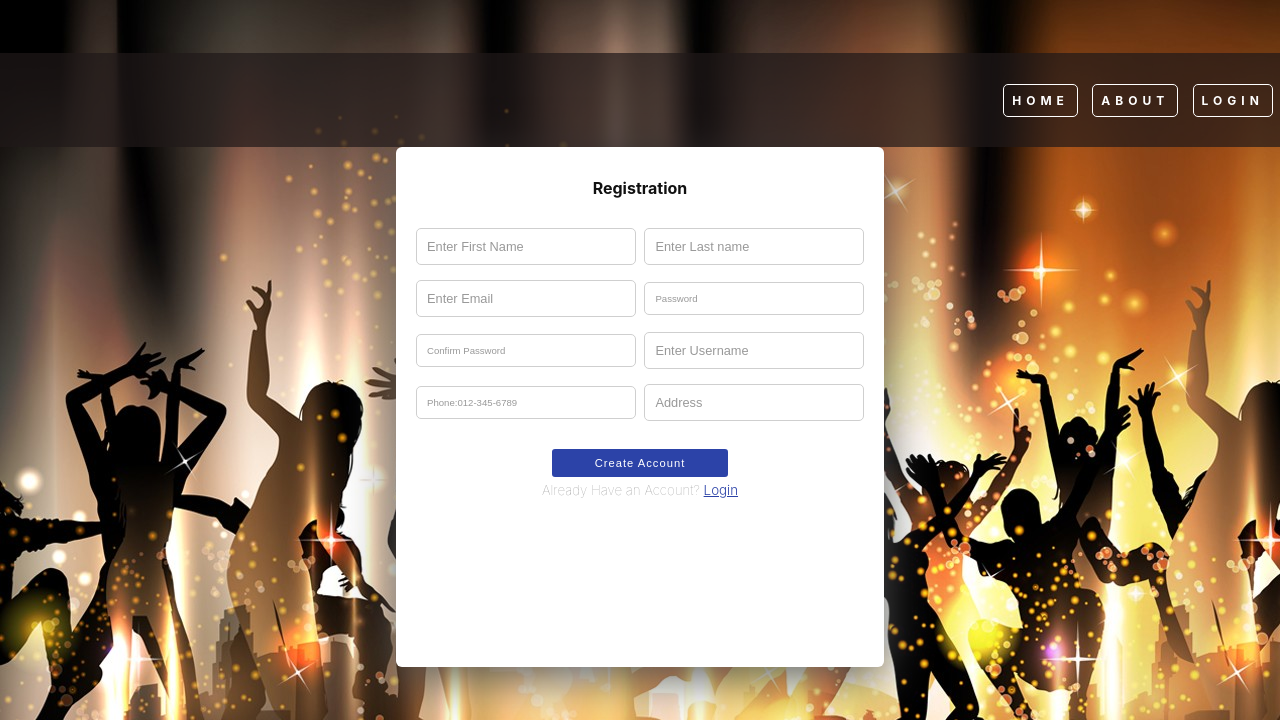
Repository: Fortune-Labs/Event-management-system-CapstoneG3
Page: /register (app in frontend/)
An editor plug-in stored every save of this project. The page is shown before and after the next save, followed by the edit.
The browser window is 1280 px wide. The pictures show the whole page.
The project was rebuilt for these pictures with package versions that can differ from the ones it lists, and the page was loaded fresh each time. Also part of the build but not shown: frontend/src/components/LoginSignup/errorMessages.js, frontend/src/components/LoginSignup/login.jsx, frontend/src/components/LoginSignup/verificationCode.jsx, frontend/src/components/LoginSignup/passwordReset.jsx, frontend/src/components/Home/home.jsx, frontend/src/components/Events/initial.jsx.

Above is the page before, as saved 2020-09-23 12:13:26.

### frontend/src/App.js
import React from "react";
// import "./App.css";
import Register from "./components/LoginSignup/register";
import Login from "./components/LoginSignup/login";
import PasswordReset from "./components/LoginSignup/passwordReset";
import { BrowserRouter, Switch, Route } from "react-router-dom";
import Home from "./components/Home/home";
import Initial from "./components/Events/initial";
// import user from "./components/Dashboard/user";

function App() {
  return (
    <div className="App">
      <BrowserRouter>
        <Switch>
          <Route exact path="/" name="Home" component={Home} />
          <Route exact path="/login" name="Login Page" component={Login} />
          <Route exact path="/passwordReset" component={PasswordReset} />
          <Route
            exact
            path="/register"
            name="Register Page"
            component={Register}
          />
          <Route exact path="/initial" component={Initial} />
        </Switch>
      </BrowserRouter>
    </div>
  );
}
export default App;

### frontend/src/components/LoginSignup/register.jsx
import React, { useRef, Component } from "react";
import { useForm } from "react-hook-form";
import "./style.css";
import ErrorMessage from "./errorMessages";
import { Link, useHistory } from "react-router-dom";

//Regular expression that holds email validation of form example@thismail.com
const emailRegex = RegExp(
  /^[a-zA-Z0-9.!#$%&’*+/=?^_`{|}~-]+@[a-zA-Z0-9-]+(?:\.[a-zA-Z0-9-]+)*$/
);
//Regular expression that holds phone number validation of form (000-000-0000)
const phoneRegex = RegExp(/^\(?([0-9]{3})\)?[-. ]?([0-9]{3})[-. ]?([0-9]{4})$/);

const UseFormFuction = () => {
  const { register, handleSubmit, watch, errors } = useForm();
  const password = useRef({});
  password.current = watch("password", "");
  const history = useHistory();

  const onSubmit = (formData) => {
    // e.preventDefault();
    console.log(formData);
    // alert(`SheThank you ${formData.name} for registration`);
    /* reset();
    console.log(formData); */

    let url = "http://127.0.0.1:8000/api/register/";
    fetch(url, {
      method: "POST",
      headers: {
        "Content-type": "application/json",
      },
      body: JSON.stringify(formData),
    })
      .then((response) => response.json())
      .then((data) => {
        console.log("Registered Sucessfully", data);
        history.push("/initial");
      })
      .catch((error) => {
        console.error("Error:", error);
      });
  };

  return (
    <div className="wrapper">
      <div className="header-bar">
        {/*   <div className="logo">
            <a>
              <img src="../Images/eventlogo.jpg" alt="#" />
              CapstoneG3
            </a>
          </div> */}
        <Link to="/">Home</Link>
        <Link to="about">About</Link>
        <Link to="Login">Login</Link>
      </div>
      <div className="form-wrapper">
        <form onSubmit={handleSubmit(onSubmit)} className="register-form">
          <h1 className="register-header">Registration</h1>
          <div className="firstName">
            <input
              type="text"
              name="first_name"
              ref={register({ required: true, minLength: 3 })}
              placeholder="Enter First Name"
            />
            <ErrorMessage error={errors.firstName} />
          </div>
          <div className="lastName">
            <input
              type="text"
              name="last_name"
              ref={register({ required: true, minLength: 3 })}
              placeholder="Enter Last name"
            />
            <ErrorMessage error={errors.lastName} />
          </div>
          <div className="email">
            <input
              type="text"
              name="email"
              ref={register({
                required: true,
                pattern: {
                  value: emailRegex,
                  message: "invalid email address",
                },
              })}
              placeholder="Enter Email"
            />
            <ErrorMessage error={errors.email} />
          </div>
          <div className="password">
            <input
              type="password"
              name="password"
              placeholder="Password"
              ref={register({ required: true, maxLength: 8 })}
            />
            <ErrorMessage error={errors.password} />
          </div>
          <div className="cpassword">
            <input
              type="password"
              name="confirm_password"
              ref={register({
                required: true,
                validate: (value) =>
                  value === password.current || "Passwords do not match.",
              })}
              placeholder="Confirm Password"
            />
            <ErrorMessage error={errors.confirm_password} />
          </div>
          <div className="username">
            <input
              type="text"
              name="username"
              ref={register({ required: true, minLength: 3 })}
              placeholder="Enter Username"
            />
            <ErrorMessage error={errors.username} />
          </div>

          <div className="phone">
            <input
              type="tel"
              name="phone"
              placeholder="Phone:012-345-6789"
              ref={register({
                required: true,
                pattern: {
                  value: phoneRegex,
                  message: "invalid phone",
                },
              })}
            />
            <ErrorMessage error={errors.phone} />
          </div>
          <div className="address">
            <input
              type="text"
              name="address"
              ref={register({ required: true, maxLength: 20 })}
              placeholder="Address"
            />
            <ErrorMessage error={errors.address} />
          </div>

          <div className="register action-counter">
            <button type="submit" className="btn1">
              Create Account
            </button>
            <small>
              Already Have an Account? <Link to="Login">Login</Link>
            </small>
          </div>
        </form>
      </div>
    </div>
  );
};
//Components register
class Register extends Component {
  render() {
    return (
      <div>
        <UseFormFuction />
      </div>
    );
  }
}

export default Register;

### frontend/src/components/LoginSignup/style.css
.wrapper {
  height: 100vh;
  /* width: 100%; */
  background-image: url("../Images/login-background.jpg");
  display: flex;
  position: absolute;
  flex-direction: column;
  justify-content: center;
  align-items: center;
  background-color: #f2f2f2;
  margin: 0;
}

.header-bar {
  width: 100%;
  height: 13%;
  background-color: #201919b3;
  color: #fff;
  z-index: 90;
  margin: 0 !important;
  display: flex;
  top: 0px;
  left: 0;
  margin-top: -50rem;
  /* display: -webkit-box; */
  /* display: -moz-box; */
  /* display: -ms-flexbox; */
  /* display: -webkit-flex; */
  flex-grow: 0;
  align-items: center;
  justify-content: flex-end;
}

.header-bar a {
  color: #fff;
  font-size: 5px;
  font-weight: lighter;
  letter-spacing: 5px;
  margin: 0.6em;
  text-align: center;
  font-size: 12px;
  text-transform: uppercase;
  font-weight: bold;
  border: 1px solid #fff;
  border-radius: 5px;
  text-decoration: none;
  padding: 8px;
  padding-top: 0px;
  transition: all ease 0.7s;
}

.header-bar a:hover {
  background-color: rgb(53, 53, 48);
}

.form-wrapper {
  min-height: 30rem;
  width: 35%;
  display: flex;
  flex-direction: column;
  padding: 20px;
  border-radius: 6px;
  box-shadow: 0px 10px 50px #555;
  background-color: #ffffff;
}

.register-header {
  text-align: center;
  width: 100%;
  color: #111;
  font-size: 16px;
  font-weight: bold;
  padding-bottom: 20px;
  font-family: -apple-system, BlinkMacSystemFont, "Segoe UI", Roboto, Oxygen,
    Ubuntu, Cantarell, "Open Sans", "Helvetica Neue", sans-serif;
}

.register-form {
  width: 100%;
  display: flex;
  flex-wrap: wrap;
  align-items: center;
  justify-content: center;
}

label {
  font-size: 16px;
  margin-bottom: 0.09em;
  color: #222;
  font-weight: 12px;
  text-align: left;
}

input[type="text"],
select {
  padding: 10px 10px;
  border-radius: 5px;
  outline: none;
  border: 1px solid #cfcfcf;
  font-size: 0.8em;
}
input[type="password"] {
  padding: 10px 10px;
  border-radius: 5px;
  outline: none;
  border: 1px solid #cfcfcf;
  font-size: 0.6em;
}

input[type="tel"] {
  padding: 10px 10px;
  border-radius: 5px;
  outline: none;
  border: 1px solid #cfcfcf;
  font-size: 0.6em;
}
input::placeholder {
  font-size: 1em;
  font-weight: lighter;
  color: #999;
}

.firstName,
.email,
.cpassword,
.phone {
  margin-right: 1%;
}

.lastName,
.password,
.address,
.username {
  margin-left: 1%;
}

.firstName,
.lastName,
.email,
.password,
.cpassword,
.phone,
.address,
.username {
  display: flex;
  flex-direction: column;
  margin-bottom: 15px;
}

.firstName,
.lastName,
.email,
.password,
.cpassword,
.address,
.phone,
.username {
  width: 49%;
}

.register {
  width: 100%;
  display: flex;
  flex-direction: column;
  align-items: center;
}

.register button {
  background-color: #2c43a8;
  color: #fff;
  border: 2px solid #fff;
  border-radius: 5px;
  width: 40%;
  margin-top: 1em;
  padding: 8px 0px;
  font-size: 0.7em;
  font-weight: lighter;
  letter-spacing: 1px;
  margin-bottom: 0.25em;
  text-align: center;
}

.register button:hover {
  color: #519e8a;
  background-color: #fff;
  border: 2px solid #519e8a;
}

.register small {
  color: #999;
  font-weight: lighter;
}
/* Login style */

.login-wrapper {
  background-image: url("../Images/login-background.jpg");
  height: 100vh;
  /* width: 100%; */
  display: flex;
  flex-direction: column;
  position: absolute;
  justify-content: center;
  align-items: center;
  background-size: cover;
  background-position: center;
  background-repeat: no-repeat;
  background-color: #f2f2f2;
  background-position: center center;
  margin: 0;
  top: 0;
  right: 0;
  left: 0;
  bottom: 0;
}

.login-form-wrapper {
  height: 60%;
  width: 50%;
  display: flex;
  position: absolute;
  right: 10%;
  margin-right: -25;
  top: 20%;
  margin-top: -25;
  overflow: hidden;
  flex-direction: column;
  padding: 20px;
  border-radius: 6px;
  box-shadow: 0px 10px 50px #555;
  background-color: #ffffff;
}

.login-header {
  text-align: center;
  width: 100%;
  color: #111;
  font-size: 20px;
  font-weight: bold;
  margin-top: 6%;
  font-family: -apple-system, BlinkMacSystemFont, "Segoe UI", Roboto, Oxygen,
    Ubuntu, Cantarell, "Open Sans", "Helvetica Neue", sans-serif;
}

.login-form-wrapper input {
  padding: 10px 10px;
  border-radius: 5px;
  outline: none;
  border: 1px solid #cfcfcf;
  font-size: 1em;
}

.login-form-wrapper input::placeholder {
  font-size: 1em;
  font-weight: lighter;
  color: #999;
}
.login-form {
  width: 100%;
  display: flex;
  flex-direction: column;
  align-items: center;
  justify-content: center;
}

.email,
.password {
  display: flex;
  flex-direction: column;
  margin-bottom: 15px;
  width: 49%;
  text-align: center;
  justify-content: center;
}

.login-form .password {
  margin-left: 0%;
}

.login {
  display: flex;
  flex-direction: row;
  margin-bottom: 10px;
  width: 49%;
}

.login button {
  background-color: #2c43a8;
  color: #fff;
  border: 2px solid #fff;
  border-radius: 5px;
  padding: 8px 10px;
  text-align: center;
  font-size: 0.8em;
  font-weight: lighter;
  letter-spacing: 1px;
  margin-bottom: 0.25em;
  justify-content: flex-end;
}

.btn {
  display: flex;
  justify-content: flex-end;
  align-items: flex-end;
  right: 0;
  width: 50%;
}
.reset-pwd {
  display: flex;
  width: 50%;
  align-items: flex-start;
}

.login button:hover {
  color: #519e8a;
  background-color: #fff;
  border: 2px solid #519e8a;
}

small {
  color: #999;
  font-weight: lighter;
}

/* general anchor tags */
a:link,
a:visited {
  color: #2c43a8;
  font-weight: 300;
}

a:hover,
a:active {
  color: #519e8a;
}

/* password reset */
.pwd-res-btn {
  display: flex;
  justify-content: flex-end;
  align-items: flex-end;
  right: 0;
  width: 50%;
}
.pwd-res-btn button {
  background-color: #2c43a8;
  color: #fff;
  border: 2px solid #fff;
  border-radius: 5px;
  padding: 8px 10px;
  text-align: center;
  font-size: 0.8em;
  font-weight: lighter;
  letter-spacing: 1px;
  margin-bottom: 0.25em;
  justify-content: flex-end;
}

/* Extra small devices (phones, 600px and down) */
@media only screen and (max-width: 480px) {
  .form-wrapper {
    /* height: 100%; */
    min-height: 15rem;
    width: 80%;
  }

  .login-from-wrapper {
    /* height: 100%; */
    min-height: 10rem;
    width: 80%;
    position: absolute;
  }
  .email,
  .password {
    width: 80%;
  }
}
@media only screen and (max-width: 770px) {
  .form-wrapper {
    height: 100%;
    /* min-height: 15rem; */
    margin-top: 2rem;
    width: 80%;
  }

  .login-form-wrapper {
    /* height: 100%; */
    min-height: 20rem;
    margin-top: 2rem;
    width: 80%;
  }
  .wrapper {
    height: 100%;
    padding: 2rem !important;
  }

  .login-wrapper {
    height: 100%;
    padding: 2rem !important;
  }
}

@media only screen and (max-width: 812px) {
  .form-wrapper {
    height: 100%;
    /* min-height: 15rem; */
    margin-top: 2rem;
    width: 80%;
  }
  .login-wrapper {
    height: 100%;
  }

  .login-form-wrapper {
    /* height: 100%; */
    min-height: 20rem;
    margin-top: 2rem;
    width: 80%;
  }
  .wrapper {
    height: 100%;
    padding: 0 0 5rem;
  }
  .login-wrapper {
    height: 100%;
    padding: 0 0 5rem;
  }
  .login-form-wrapper {
    /* height: 60%; */
    /* width: 50%; */
    /* display: flex; */
    /* overrding position  */
    position: static;
  }
}

### frontend/src/components/Home/style.css
.main-wrapper {
  display: flex;
  flex-direction: column;
  position: absolute;
  top: 0;
  right: 0;
  left: 0;
  bottom: 0;
  width: 100%;
  height: 100vh;
}

.header-bar {
  width: 100%;
  height: 13%;
  /* border-bottom: 5px solid red; */
  background-color: rgba(32, 25, 25, 0.7);
  color: #fff;
  z-index: 90;
  right: 10em;
  margin-right: 10rem;
  display: -webkit-box;
  display: -moz-box;
  display: -ms-flexbox;
  display: -webkit-flex;
  flex-grow: 0;
  align-items: center;
  justify-content: flex-end;
}

.header-bar a {
  color: #fff;
  font-size: 5px;
  font-weight: lighter;
  letter-spacing: 5px;
  margin: 0.6em;
  text-align: center;
  font-size: 12px;
  text-transform: uppercase;
  font-weight: bold;
  border: 1px solid #fff;
  border-radius: 5px;
  text-decoration: none;
  padding: 8px;
  transition: all ease 0.7s;
}

.header-bar a:hover {
  background-color: rgb(53, 53, 48);
}

.main {
  height: 100vh;
  position: relative;
  display: flex;
  flex-direction: row;
  flex-grow: 1;
  overflow: auto;
}

.home-login {
  background-image: url("../Images/business-woman-2071342_1920.jpg");
  height: 100%;
  width: 100%;
  display: flex;
  flex-direction: column;
  background-size: cover;
  background-position: center;
  background-repeat: no-repeat;
  margin: 0;
  align-items: flex-start;
  color: #fff;

  padding-left: 20px;
}

.tagline {
  display: flex;
  flex-direction: column;
  align-items: flex-start;
  font-size: 62px;
  font-weight: bold;
  animation: 2s slide-right;
  animation-delay: 2s;
}

@keyframes slide-right {
  from {
    margin-left: -500px;
  }

  to {
    margin-left: 0%;
  }
}
.home-login h1 {
  font-size: 40px;
}

.get-started-btn {
  text-align: center;
  justify-content: flex-start;
}

.get-started-btn a {
  background-color: #44444e;
  border: 2px;
  padding: 8px 10px;
  border-radius: 5px;
  font-size: 1.2em;
  font-weight: bold;
  letter-spacing: 1px;
  text-decoration: none;
  color: #fff;
  transition: 0.5s;
}

.get-started-btn a:hover {
  background-color: rgb(92, 81, 81);
}

/* resposive */
/*  */
/* @media (max-width: 600px) { */
/* .wrapper { */
/* width: 100%; */
/* } */
/* .logo { */
/* float: none; */
/* width: 50%; */
/* text-align: center; */
/* margin: auto; */
/* } */
/*  */
/* .nav-area { */
/* float: none; */
/* margin-top: 0; */
/* } */
/* .nav-area li a { */
/* padding: 5px; */
/* font-size: 11px; */
/* } */
/* .nav-area { */
/* text-align: center; */
/* } */
/* .welcome-text { */
/* width: 100%; */
/* height: auto; */
/* margin: 30% 0; */
/* } */
/* .welcome-text h1 { */
/* font-size: 30px; */
/* } */
/* } */

### frontend/src/components/Events/style.css
@import url("https://fonts.googleapis.com/css2?family=Roboto+Condensed&display=swap");

.main-container {
  margin: 0;
  padding: 0;
  font-family: "Roboto Condensed", sans-serif;
}

.section {
  width: 100%;
  height: 100vh;
  background: url("../Images/page.jpg");
  background-size: cover;
}

.section .leftBox {
  width: 50%;
  height: 100%;
  float: left;
  padding: 50px;
  box-sizing: border-box;
}

.section .leftBox .content {
  color: #fff;
  background: rgba(0, 0, 0, 0.5);
  padding: 40px;
  transition: 0.5s;
}
.section .leftBox .content:hover {
  background: #e91e63;
}

.section .leftBox .content h1 {
  margin: 0;
  padding: 0;
  font-size: 50px;
  text-transform: uppercase;
}

.section .leftBox .content p {
  margin: 10px 0 0;
  padding: 0;
}

.section .events {
  position: relative;
  width: 50%;
  height: 100%;
  background: rgba(0, 0, 0, 0.5);
  float: right;
  box-sizing: border-box;
}
.section .events ul {
  position: absolute;
  top: 50%;
  transform: translateY(-50%);
  margin: 0;
  padding: 40px;
  box-sizing: border-box;
}
.section .events ul li {
  list-style: none;
  background: #fff;
  box-sizing: border-box;
  height: 200px;
  margin: 15px 0;
}
.section .events ul li .time {
  position: relative;
  padding: 20px;
  background: #262626;
  box-sizing: border-box;
  width: 30%;
  height: 100%;
  float: left;
  text-align: center;
  transition: 0.5s;
}
.section .events ul li:hover .time {
  background: #e91e63;
}
.section .events ul li .time h2 {
  position: absolute;
  margin: 0;
  padding: 0;
  top: 50%;
  left: 50%;
  transform: translate(-50%, -50%);
  color: #fff;
  font-size: 60px;
  line-height: 30px;
}
.section .events ul li .time h2 span {
  font-size: 30px;
}

.section .events ul li .details {
  padding: 20px;
  background: #fff;
  box-sizing: border-box;
  width: 70%;
  height: 100%;
  float: left;
}

.section .events ul li .details h3 {
  position: relative;
  margin: 0;
  padding: 0;
  font-size: 22px;
}

.section .events ul li .details p {
  position: relative;
  margin: 10px 0 0;
  padding: 0;
  font-size: 16px;
}

.section .events ul li .details a {
  display: inline-block;
  text-decoration: none;
  padding: 10px 15px;
  border: 2px solid #262626;
  margin-top: 15px;
  font-size: 18px;
  transition: 0.5s;
}
.section .events ul li .details a:hover {
  background: #e91e63;
  color: #fff;
  border-color: #e91e63;
}
@media (max-width: 991px) {
  .section {
    height: 100%;
    background-position: center;
  }
}

Loaded but not shown: frontend/public/index.html (common file); frontend/src/index.js (common file); frontend/src/index.css (common file); frontend/src/serviceWorker.js (common file)

After the next save:
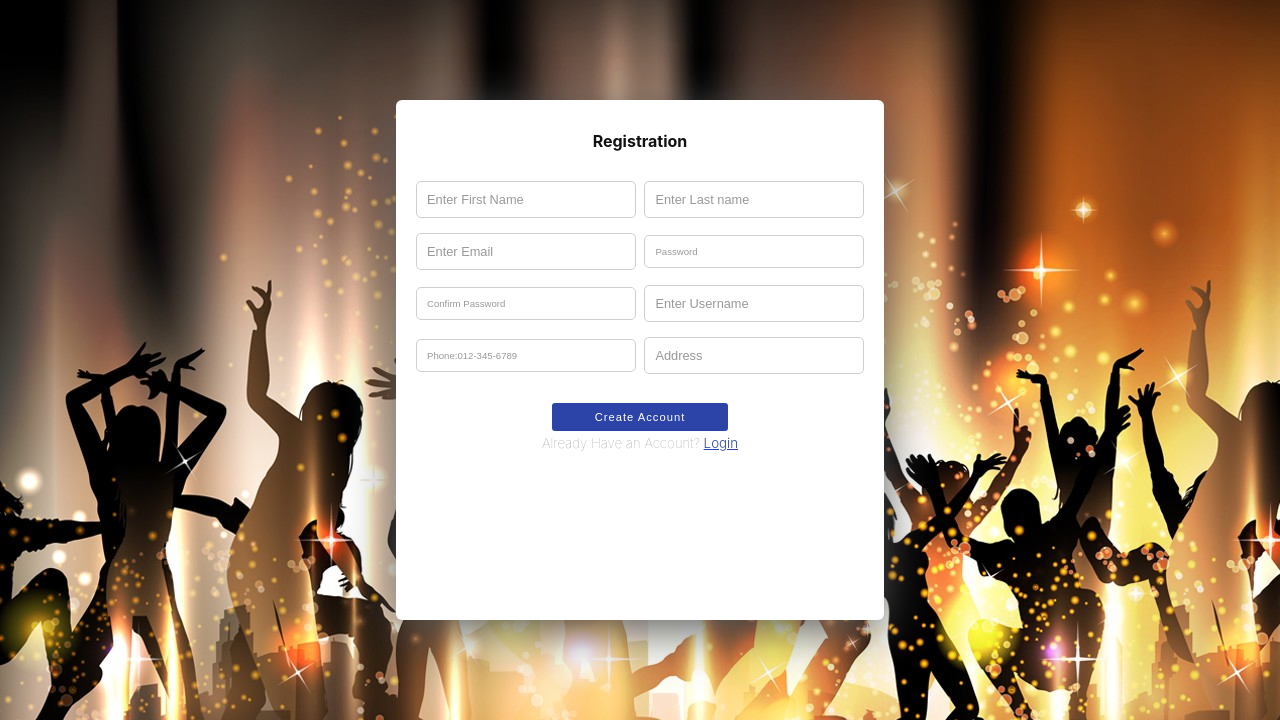
Saved 2 h 9 min later.
--- a/frontend/src/components/LoginSignup/register.jsx
+++ b/frontend/src/components/LoginSignup/register.jsx
@@ -44,17 +44,17 @@ const UseFormFuction = () => {
 
   return (
     <div className="wrapper">
-      <div className="header-bar">
-        {/*   <div className="logo">
+      {/*  <div className="header-bar">
+          <div className="logo">
             <a>
               <img src="../Images/eventlogo.jpg" alt="#" />
               CapstoneG3
             </a>
-          </div> */}
+          </div>
         <Link to="/">Home</Link>
         <Link to="about">About</Link>
         <Link to="Login">Login</Link>
-      </div>
+      </div> */}
       <div className="form-wrapper">
         <form onSubmit={handleSubmit(onSubmit)} className="register-form">
           <h1 className="register-header">Registration</h1>
